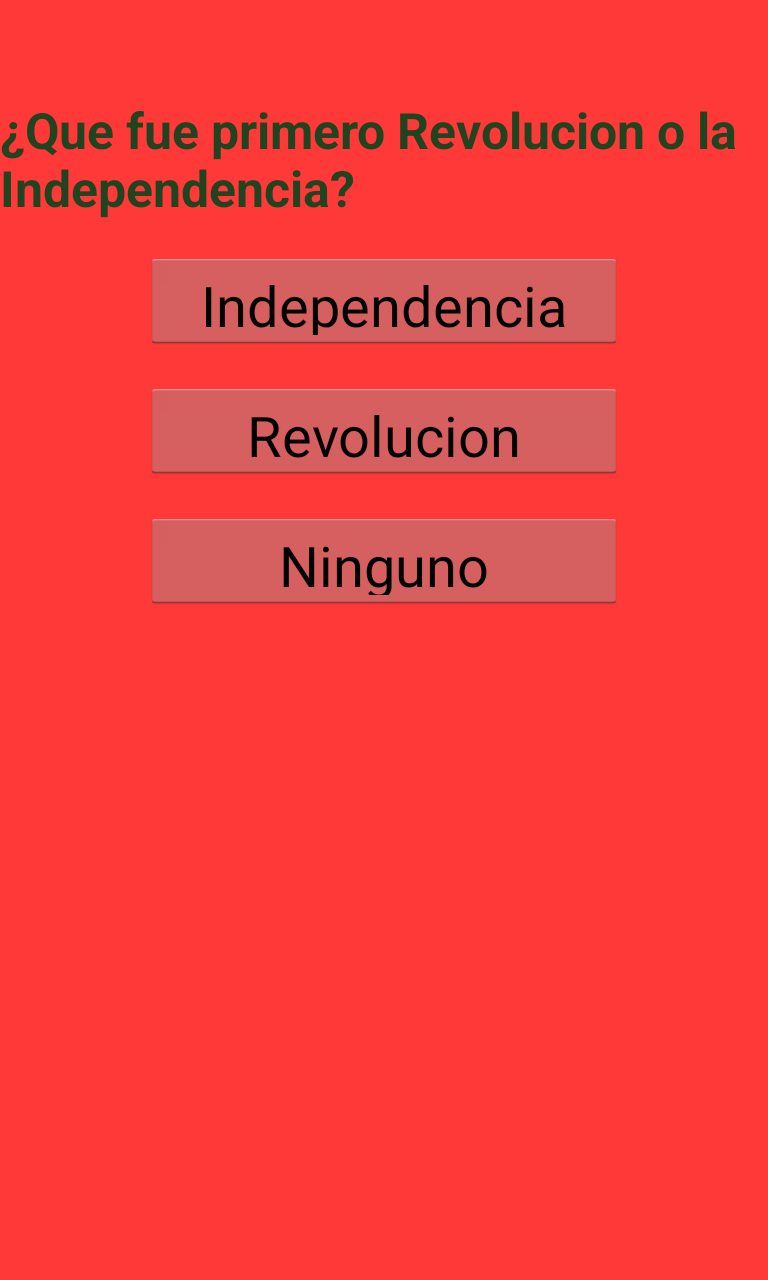
Repository: lainodHO/Proyectos-Moviles
Layout: Adventure/res/layout/activity_quinto.xml
The author's editor kept a copy of each file at every save. The layout is drawn from the files as they stood at one save, then again after the next save.
It is drawn on a 768 x 1280 px phone screen (xhdpi) without system bars, with theme AppTheme; the app's code is not run.

Above is the layout before, as saved 2019-04-05 23:20:39.

After the next save:
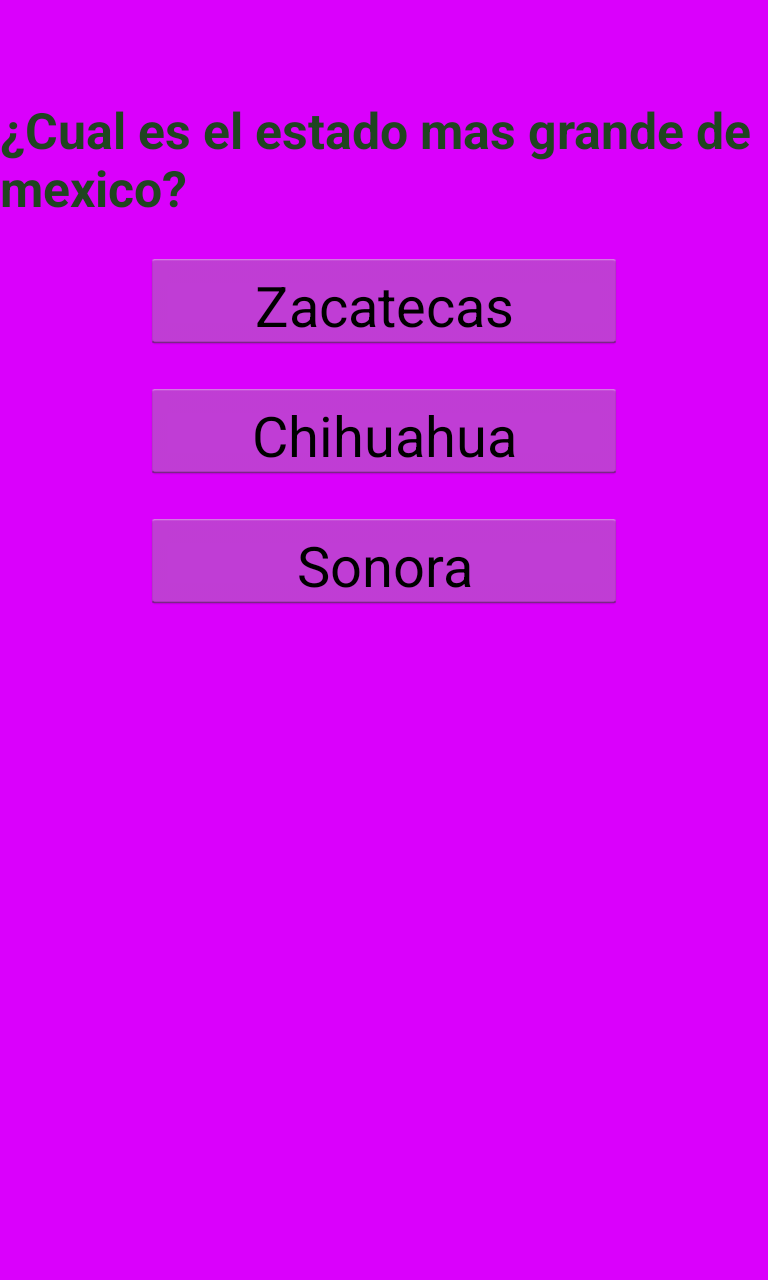
Saved 1 s later.
--- a/Adventure/res/layout/activity_quinto.xml
+++ b/Adventure/res/layout/activity_quinto.xml
@@ -1,7 +1,7 @@
 <LinearLayout xmlns:android="http://schemas.android.com/apk/res/android"
     android:layout_width="fill_parent"
     android:layout_height="fill_parent"
-    android:background="#FF3838"
+    android:background="#DA00FC"
     android:orientation="vertical" >
             <TextView
         android:id="@+id/textView1"
@@ -11,7 +11,7 @@
         android:layout_centerHorizontal="true"
         android:layout_marginTop="48dp"
         android:layout_gravity="center"
-        android:text="¿Que fue primero Revolucion o la Independencia?"
+        android:text="¿Cual es el estado mas grande de mexico?"
         android:textColor="#204420"
         android:textSize="25dp"
         android:textStyle="bold" />
@@ -20,7 +20,7 @@
         android:layout_width="240dp"
         android:layout_height="50dp"
         android:layout_marginTop="15dp"
-        android:text="Independencia"
+        android:text="Zacatecas"
         android:layout_gravity="center"
         android:textSize="28dp"
         android:gravity="center"
@@ -30,7 +30,7 @@
         android:layout_width="240dp"
         android:layout_height="50dp"
         android:layout_marginTop="15dp"
-        android:text="Revolucion"
+        android:text="Chihuahua"
         android:layout_gravity="center"
         android:textSize="28dp"
         android:gravity="center"
@@ -40,7 +40,7 @@
         android:layout_width="240dp"
         android:layout_height="50dp"
         android:layout_marginTop="15dp"
-        android:text="Ninguno"
+        android:text="Sonora"
         android:layout_gravity="center"
         android:textSize="28dp"
         android:gravity="center"
